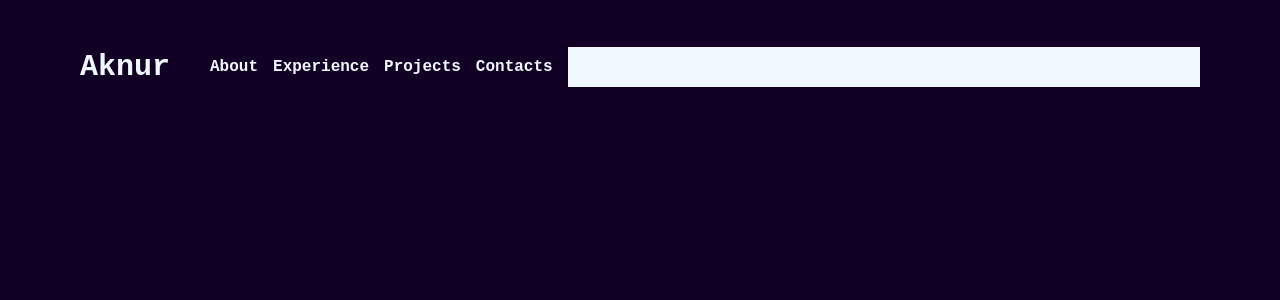
Repository: aknurkappar/nfactorial-portfolio-app-03-03-2022
Page: /
The author's editor kept a copy of each file at every save. The page is drawn from the files as they stood at one save, then again after the next save.
The browser window is 1280 px wide. The pictures show the whole page.
The project was rebuilt for these pictures with package versions that can differ from the ones it lists, and the page was loaded fresh each time. Also part of the build but not shown: src/App.css.

Above is the page before, as saved 2023-03-03 20:56:22.

After the next save:
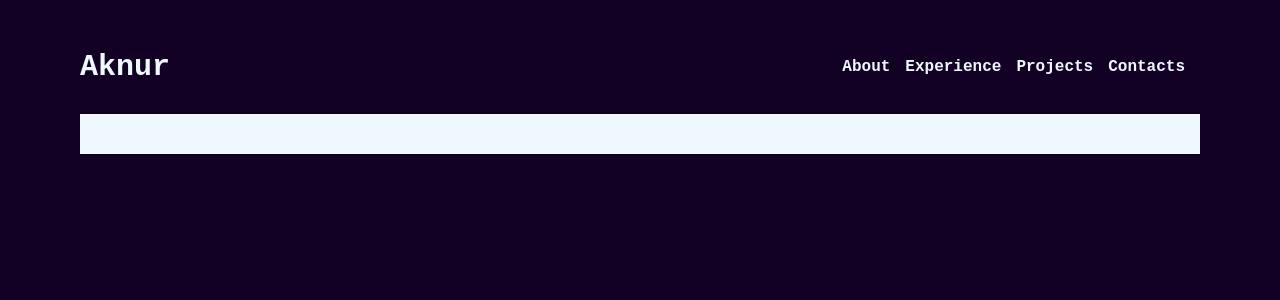
Saved 4 s later.
--- a/src/components/Header/index.js
+++ b/src/components/Header/index.js
@@ -18,7 +18,7 @@ import "./index.css"
 
  export const Header = () => {
     return (
-        <div className="header">
+        <div>
             <div className="header">
                 <p>Aknur</p>
                 <ul className="menu-items">{
